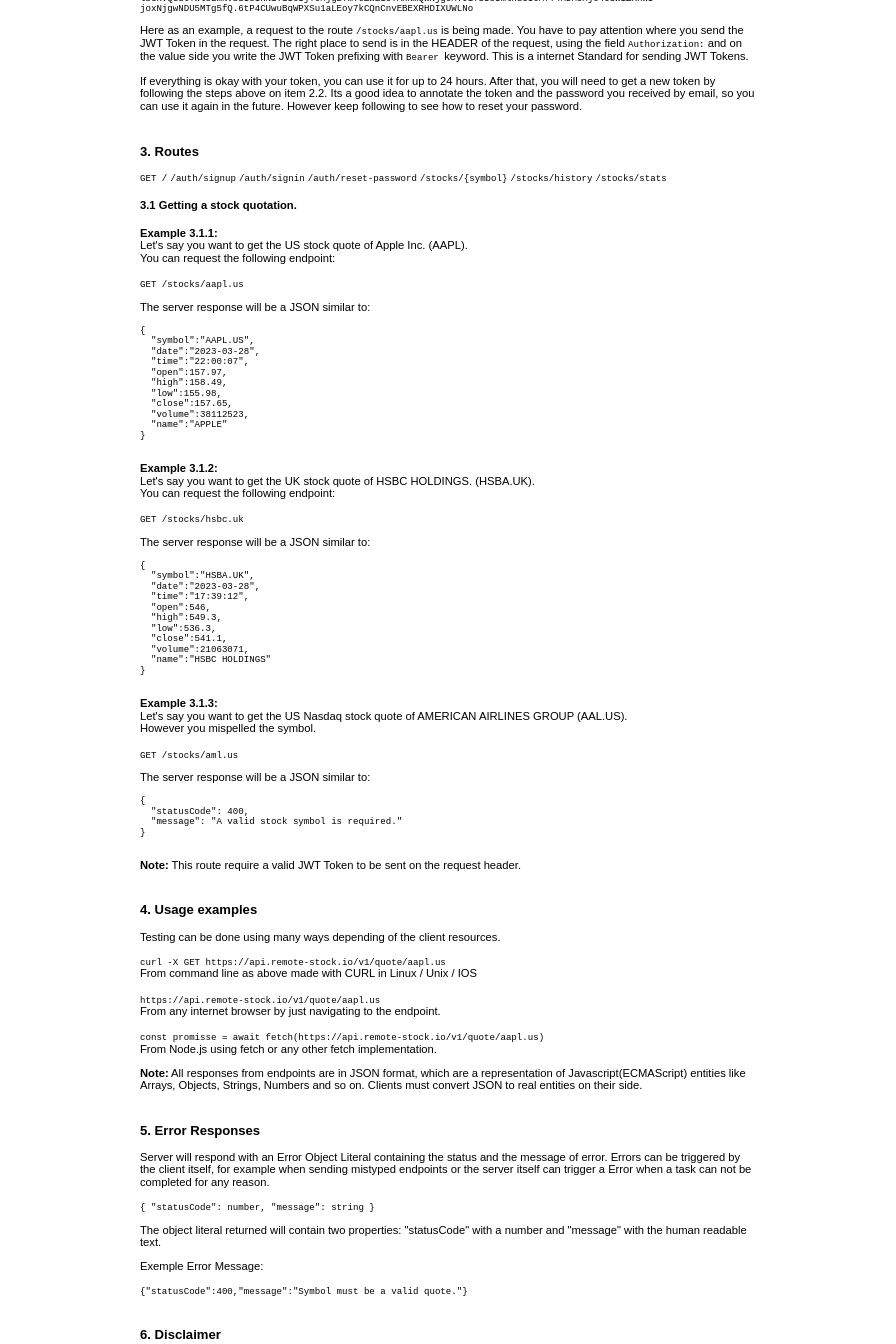
Repository: miguelamello/nest-js
Page: stock-service/documentation.html
These files come from the project's save history. The page is drawn as it stood at one moment and after the next save; the edit follows.
The browser window is 1280 px wide. The pictures show the part of the page from y = 1383 to 3303 px (the page is 3454 px tall before and 3472 px after), at 70% of full size.

Above is the page before, as saved 2023-04-02 21:01:44.

After the next save:
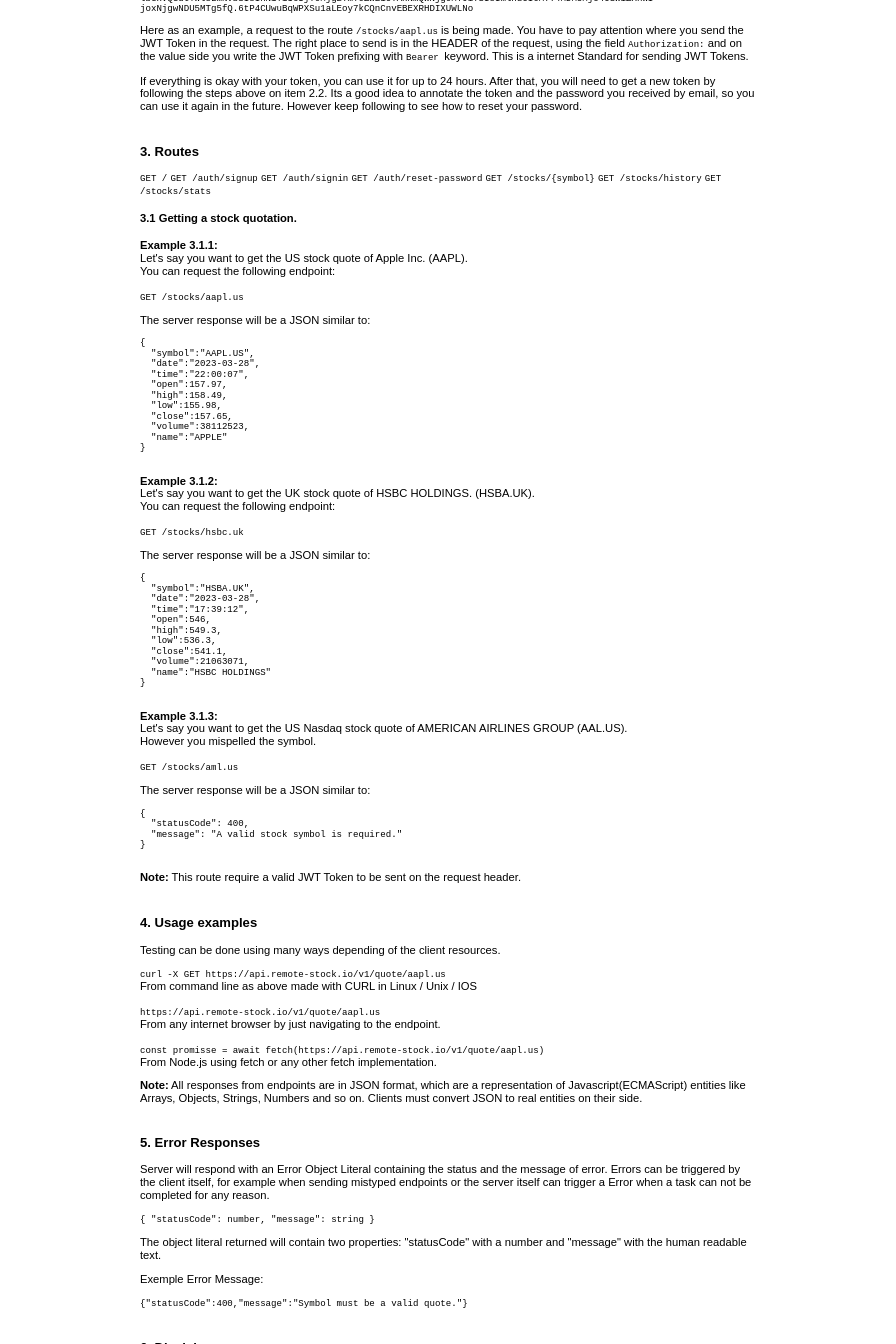
Saved 27 s later.
--- a/stock-service/documentation.html
+++ b/stock-service/documentation.html
@@ -137,12 +137,12 @@ joxNjgwNDU5MTg5fQ.6tP4CUwuBqWPXSu1aLEoy7kCQnCnvEBEXRHDIXUWLNo
   <h3>3. Routes</h3>
 
   <code>GET /</code>
-  <code>/auth/signup</code>
-  <code>/auth/signin</code>
-  <code>/auth/reset-password</code>
-  <code>/stocks/{symbol}</code>
-  <code>/stocks/history</code>
-  <code>/stocks/stats</code>
+  <code>GET /auth/signup</code>
+  <code>GET /auth/signin</code>
+  <code>GET /auth/reset-password</code>
+  <code>GET /stocks/{symbol}</code>
+  <code>GET /stocks/history</code>
+  <code>GET /stocks/stats</code>
 
   <h4>3.1 Getting a stock quotation.</h4>
 
